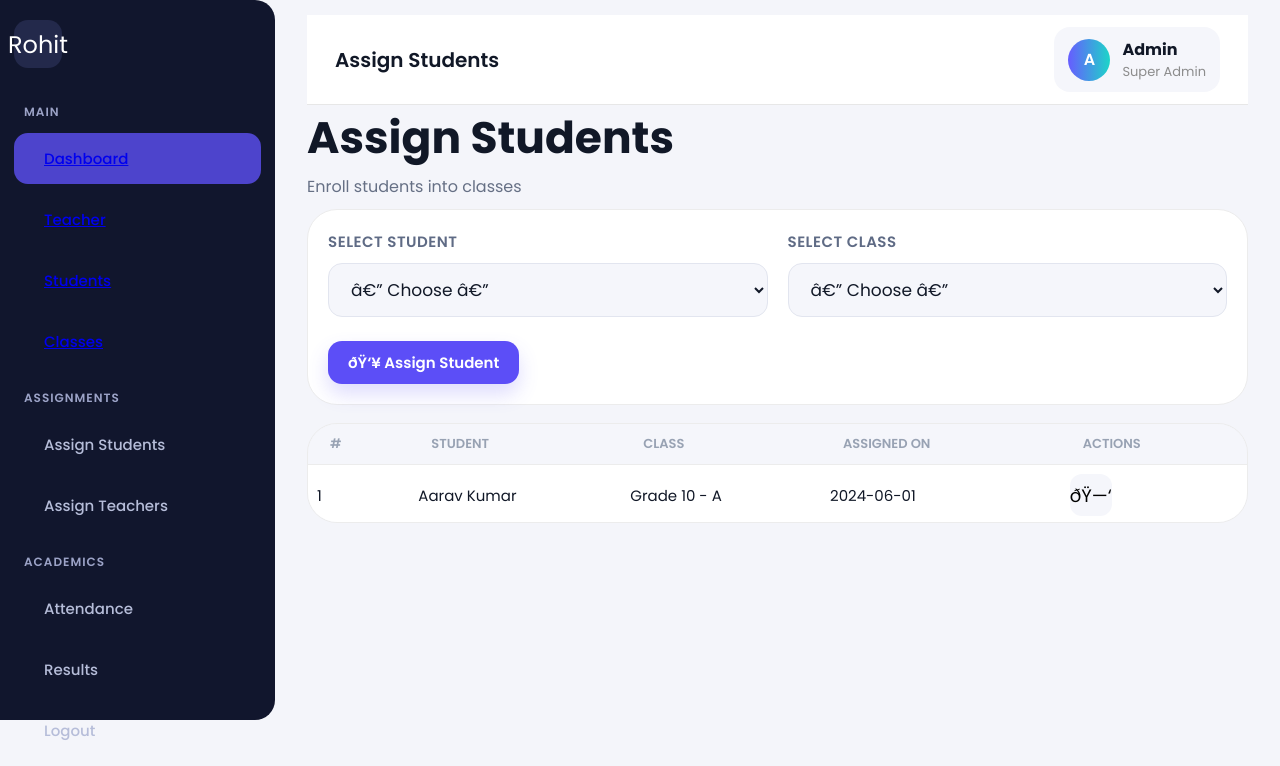
Repository: rohit-rk-07/school_management_system
Page: http://localhost/School_Management_System/assignStudent.jsp
The author's editor kept a copy of each file at every save. The page is drawn from the files as they stood at one save, then again after the next save.
The browser window is 1280 px wide. The pictures show the whole page.
The page is served by Tomcat 10.

Above is the page before, as saved 2026-05-20 06:59:06.
Console error: TypeError: Cannot read properties of null (reading 'addEventListener')

After the next save:
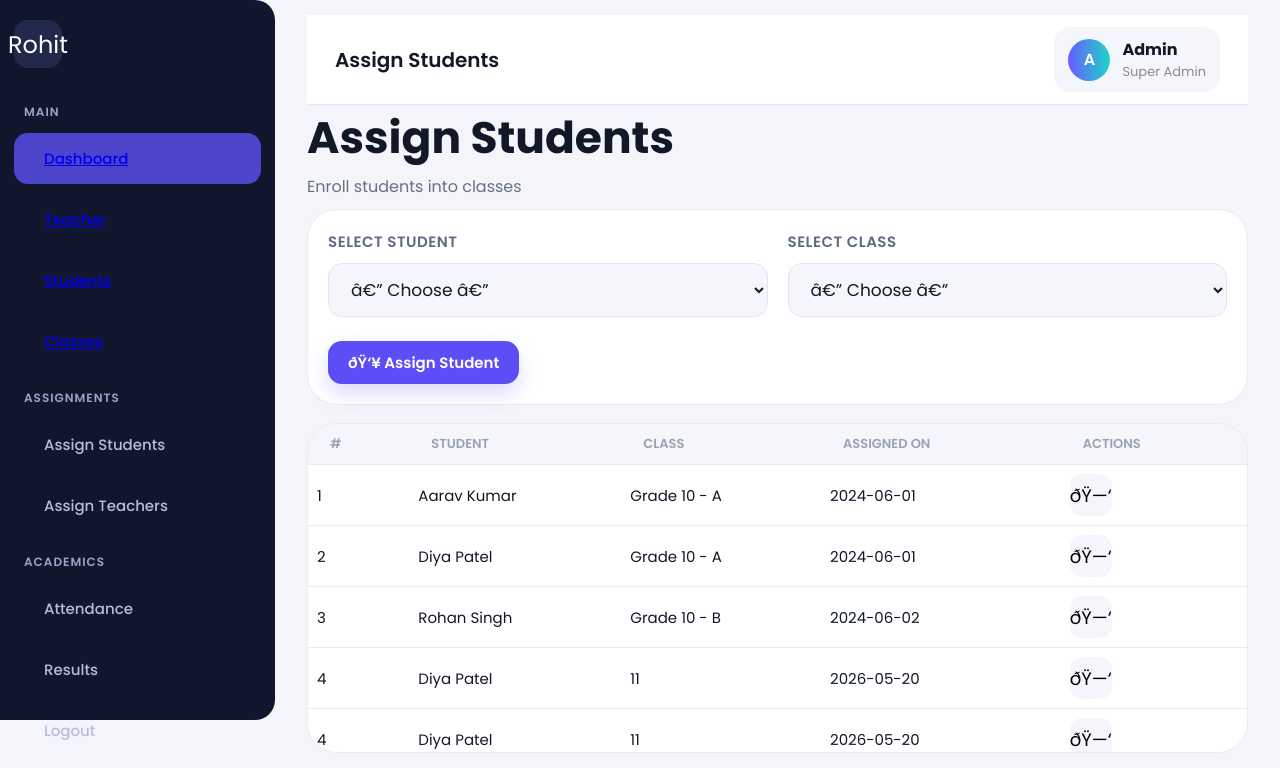
Saved 61 s later.
--- a/School_Management_System/src/main/webapp/assignStudent.jsp
+++ b/School_Management_System/src/main/webapp/assignStudent.jsp
@@ -171,7 +171,7 @@
             background:#ffffff;
             border-radius:30px;
             overflow-y: scroll;
-            height: 100px;
+            height: 330px;
             border:1px solid #ececec;
         }
 
